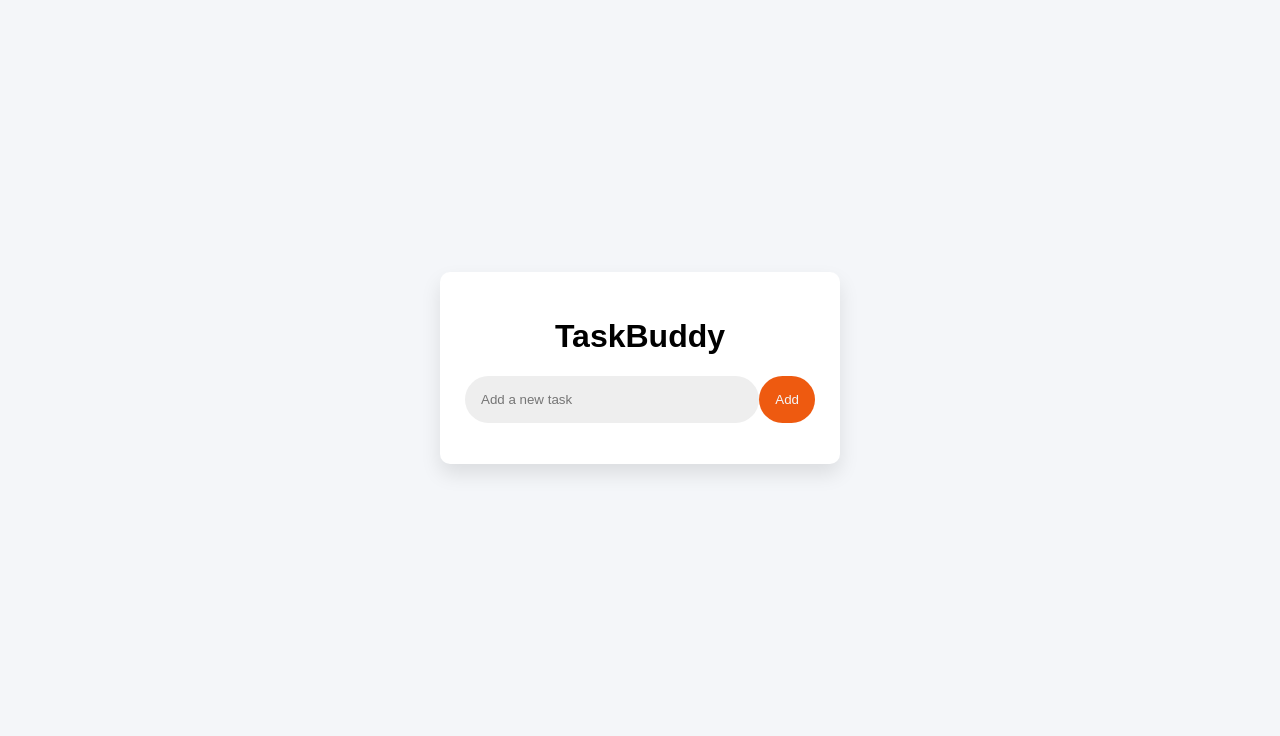
Repository: yogeshnandwani/taskbuddy-todo
Page: index.html
The author's editor kept a copy of each file at every save. The page is drawn from the files as they stood at one save, then again after the next save.
The browser window is 1280 px wide. The pictures show the whole page.

Above is the page before, as saved 2026-03-16 17:30:15.

After the next save:
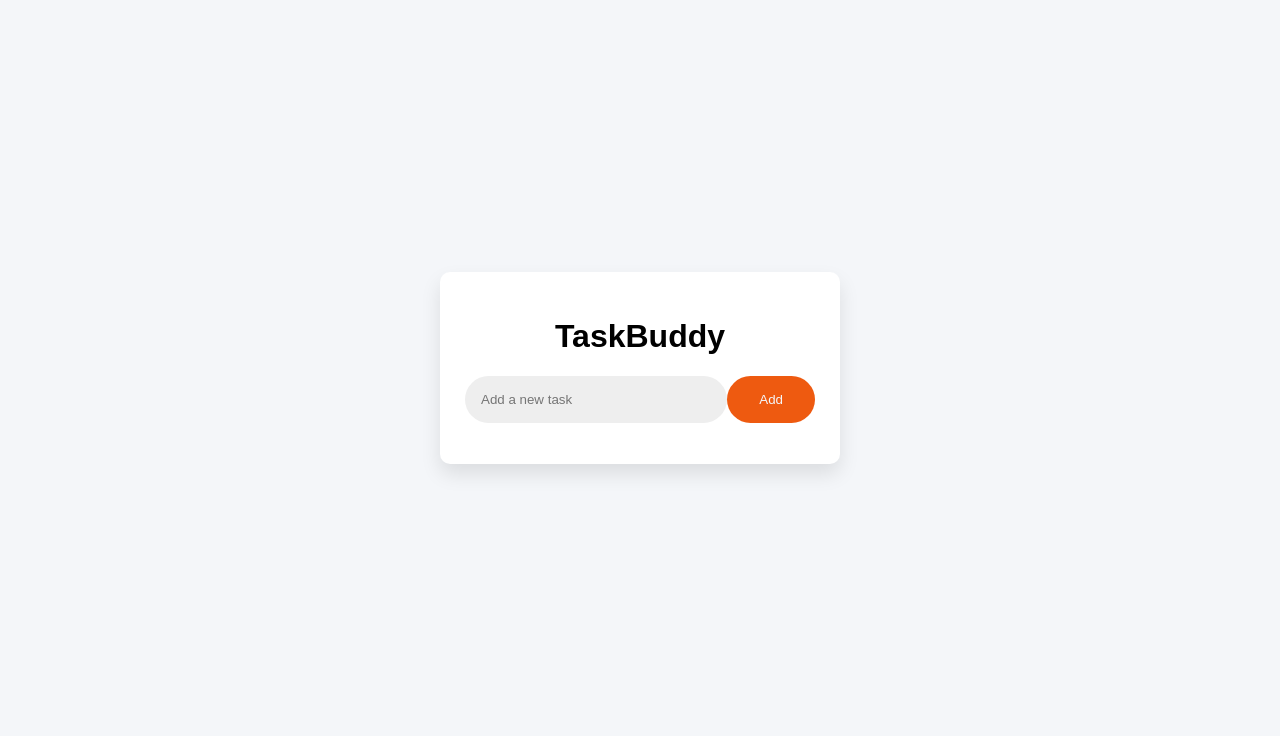
Saved 9 s later.
--- a/css/style.css
+++ b/css/style.css
@@ -33,7 +33,7 @@ input{
 }
 
 button{
-    padding:1rem;
+    padding:1rem 2rem;
     border: none;
     border-radius: 50px;
     background-color: #ee5a10;
